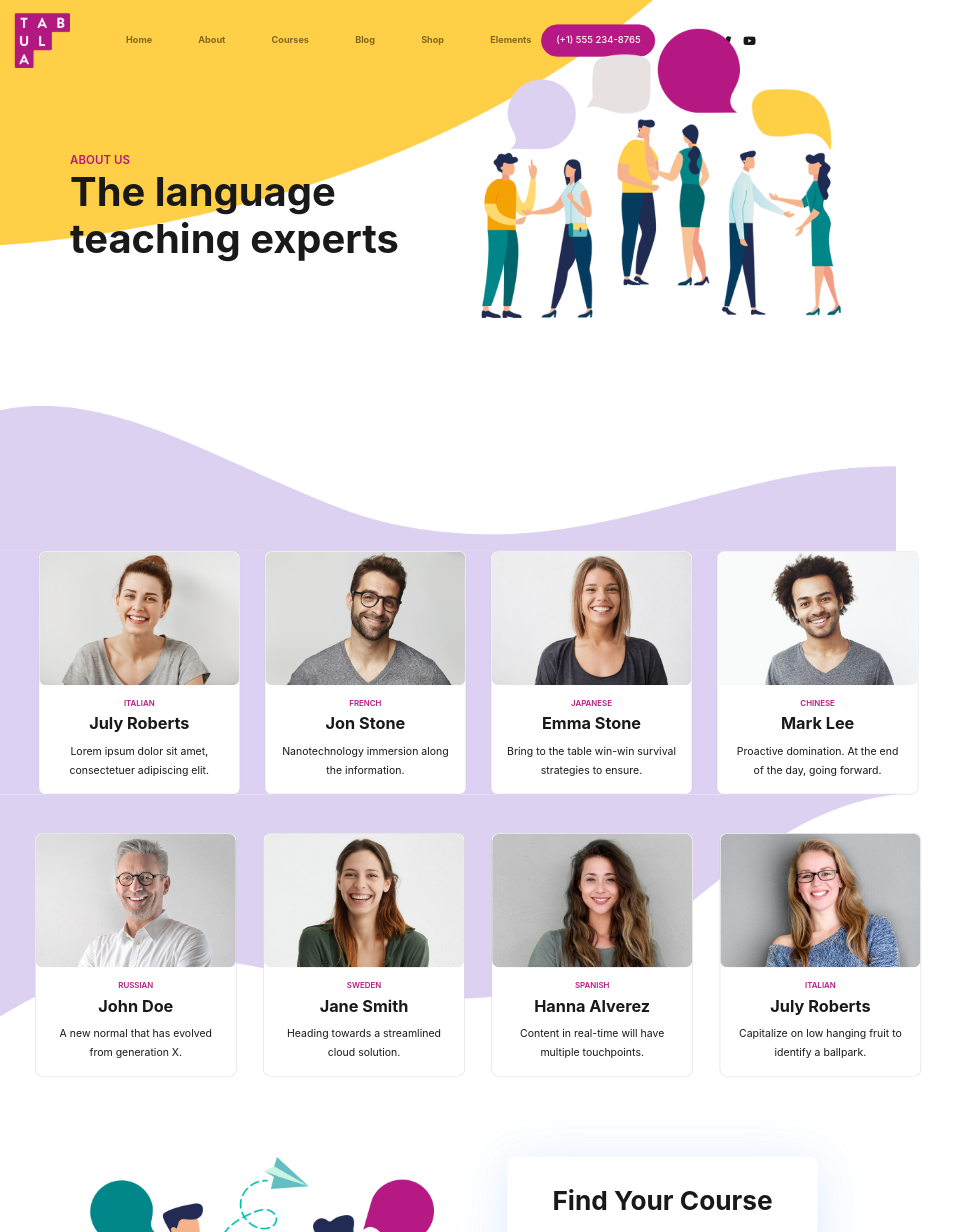
Repository: Khanh1234-glitch/TruongNguyenBaoKhanh_BC22_assignment__tabula
Page: Tabula/index.html
An editor plug-in stored every save of this project. The page is shown before and after the next save, followed by the edit.
The browser window is 1280 px wide. The page is 1366 px wide, so the pictures cover 1366 px, including what lies to the right of the window. The pictures show the part of the page from y = 0 to 1760 px (the page is 3071 px tall before and 3187 px after), at 70% of full size.
The style sheet was rebuilt from its Sass, Less or Tailwind sources for each picture, by a compiler version that may differ from the author's.

Above is the page before, as saved 2022-04-18 16:03:49.

### Tabula/index.html
<!doctype html>
<html lang="en">

<head>
    <title>Title</title>
    <!-- Required meta tags -->
    <meta charset="utf-8">
    <meta name="viewport" content="width=device-width, initial-scale=1, shrink-to-fit=no">
    <!-- link css -->
    <link rel="stylesheet" href="./css/style.css">
    <!-- link fontawesome -->
    <link rel="stylesheet" href="https://cdnjs.cloudflare.com/ajax/libs/font-awesome/5.15.4/css/all.min.css">
    <!-- Bootstrap CSS -->
    <link rel="stylesheet" href="https://stackpath.bootstrapcdn.com/bootstrap/4.3.1/css/bootstrap.min.css" integrity="sha384-ggOyR0iXCbMQv3Xipma34MD+dH/1fQ784/j6cY/iJTQUOhcWr7x9JvoRxT2MZw1T" crossorigin="anonymous">
</head>

<body>
    <header>
        <nav style="position: fixed;" class="navbar   navbar-expand-lg navbar-light ">
            <a class="navbar-brand" href="#"><img src="./img/crest.png" alt=""></a>
            <button class="navbar-toggler" type="button" data-toggle="collapse" data-target="#navbarSupportedContent" aria-controls="navbarSupportedContent" aria-expanded="false" aria-label="Toggle navigation">
                <span class="navbar-toggler-icon"></span>
            </button>

            <div class="collapse navbar-collapse" id="navbarSupportedContent">
                <ul class="navbar-nav ml-auto">
                    <li class="nav-item ">
                        <a class="nav-link" href="#">Home</a>
                    </li>
                    <li class="nav-item">
                        <a class="nav-link" href="#">About</a>
                    </li>
                    <li class="nav-item">
                        <a class="nav-link" href="#">Courses</a>
                    </li>
                    <li class="nav-item">
                        <a class="nav-link" href="#">Blog</a>
                    </li>
                    <li class="nav-item">
                        <a class="nav-link" href="#">Shop</a>
                    </li>
                    <li class="nav-item">
                        <a class="nav-link" href="#">Elements</a>
                    </li>
                </ul>
                <form class="form-inline my-2 my-lg-0">
                    <div class="button">
                        <button class="btn btn-outline-success my-2 my-sm-0" type="submit">(+1) 555 234-8765</button>
                    </div>
                    <div class="social">
                        <a href="#"><i class="fab fa-facebook-f"></i></a>
                        <a href="#"><i class="fab fa-instagram"></i></a>
                        <a href="#"><i class="fab fa-twitter"></i></a>
                        <a href="#"><i class="fab fa-youtube"></i></a>
                    </div>
                </form>
            </div>
        </nav>
        <div class="hero-book container ">
            <div class=" text-left col-lg-6">
                <span>ABOUT US</span>
                <h1>The language teaching experts</h1>
            </div>
            <div class="img-right col-lg-6">
                <img src="./img/hero_team.png" alt="">
            </div>
        </div>
    </header>
    <section class="column-img ">
        <img src="./img/Violet_top_left_wave.png" alt="">
        <div class="bg-card">
            <div class="container-card ">
                <div class="card" style="width: 18rem;">
                    <div class="img-card">
                        <img class="card-img-top" srcset="./img/teacher_1.jpg " alt="Card image cap">
                    </div>
                    <div class="card-body">
                        <p>ITALIAN</p>
                        <h5 class="card-title">July Roberts</h5>
                        <p class="card-text">Lorem ipsum dolor sit amet, consectetuer adipiscing elit.
                        </p>
                    </div>
                </div>
                <div class="card" style="width: 18rem;">
                    <div class="img-card">
                        <img class="card-img-top" srcset="./img/teacher_2.jpg " alt="Card image cap">
                    </div>
                    <div class="card-body">
                        <p>FRENCH</p>
                        <h5 class="card-title">Jon Stone
                        </h5>
                        <p class="card-text">Nanotechnology immersion along the information.</p>
                    </div>
                </div>
                <div class="card" style="width: 18rem;">
                    <div class="img-card">
                        <img class="card-img-top" srcset="./img/teacher_3.jpg" alt="Card image cap">
                    </div>
                    <div class="card-body">
                        <p>JAPANESE</p>
                        <h5 class="card-title">Emma Stone</h5>
                        <p class="card-text">Bring to the table win-win survival strategies to ensure.
                        </p>
                    </div>
                </div>
                <div class="card" style="width: 18rem;">
                    <div class="img-card">
                        <img class="card-img-top" srcset="./img/teacher_4.jpg " alt="Card image cap">
                    </div>
                    <div class="card-body">
                        <p>CHINESE</p>
                        <h5 class="card-title">Mark Lee</h5>
                        <p class="card-text">Proactive domination. At the end of the day, going forward.
                        </p>
                    </div>
                </div>
            </div>
        </div>

        <img src="./img/Violet_bottom_left_wave.png" alt="">
        <div class="card-bottom">
            <div class="container-card ">
                <div class="card" style="width: 18rem;">
                    <div class="img-card">
                        <img class="card-img-top" srcset="./img/teacher_5.jpg " alt="Card image cap">
                    </div>
                    <div class="card-body">
                        <p>RUSSIAN</p>
                        <h5 class="card-title">John Doe</h5>
                        <p class="card-text">A new normal that has evolved from generation X.</p>
                    </div>
                </div>
                <div class="card" style="width: 18rem;">
                    <div class="img-card">
                        <img class="card-img-top" srcset="./img/teacher_6.jpg " alt="Card image cap">
                    </div>
                    <div class="card-body">
                        <p>SWEDEN</p>
                        <h5 class="card-title">Jane Smith</h5>
                        <p class="card-text">Heading towards a streamlined cloud solution.</p>
                    </div>
                </div>
                <div class="card" style="width: 18rem;">
                    <div class="img-card">
                        <img class="card-img-top" srcset="./img/teacher_7.jpg " alt="Card image cap">
                    </div>
                    <div class="card-body">
                        <p>SPANISH</p>
                        <h5 class="card-title">Hanna Alverez</h5>
                        <p class="card-text">Content in real-time will have multiple touchpoints.
                        </p>
                    </div>
                </div>
                <div class="card" style="width: 18rem;">
                    <div class="img-card">
                        <img class="card-img-top" srcset="./img/teacher_8.jpg " alt="Card image cap">
                    </div>
                    <div class="card-body">
                        <p>ITALIAN</p>
                        <h5 class="card-title">July Roberts</h5>
                        <p class="card-text">Capitalize on low hanging fruit to identify a ballpark.
                        </p>
                    </div>
                </div>
            </div>
        </div>
    </section>
    <section class="contact-form container">
        <div class="img-left">
            <img src="./img/conatct_inner.png" alt="">
        </div>
        <div class="form-right">
            <div class="form">
                <div class="title">Find Your Course</div>
                <div class="contact-form-bottom">
                    <div class="row-form">
                        <div class="name-form"><input type="text" placeholder="Name"><i class="fa fa-user"></i></div>
                        <div class="email-form"><input type="text" placeholder="Email"><i class="fa fa-envelope"></i></div>
                    </div>
                    <div class="seclect-form">
                        <i class="fa fa-hard-hat"></i>
                        <select class="form-control" id="exampleFormControlSelect1">
                            <option>English</option>
                            <option>French</option>
                            <option>Spanish</option>
                            <option>German</option>
                        </select>
                    </div>
                    <div class="text-form">
                        <i class="fa fa-sms"></i>
                        <textarea name="" id="" cols="30" rows="10" placeholder="Messager"></textarea>
                    </div>
                    <div class="btn-form">
                        <button>Send</button>
                    </div>
                </div>

            </div>
        </div>
    </section>
    <section class="footer-contact">
        <div class="img-header">
            <img src="./img/accent_bottom_wave_01.png" alt="">
        </div>
        <div class="contact-end ">
            <div class="contact-us">
                <span>Contact us</span>
                <div class="content-list">
                    <ul>
                        <li><i class="fa fa-map-marker-alt"></i>Franklin St, Greenpoint Ave</li>
                        <li><i class="fa fa-phone"></i>+2342 5446 67</li>
                        <li><i class="fa fa-clock"></i>Monday - Friday: 8 AM - 5 PM</li>
                    </ul>
                </div>
                <div class="social">
                    <i class="fab fa-twitter"></i>
                    <i class="fab fa-instagram"></i>
                    <i class="fab fa-facebook-f"></i>
                    <i class="fab fa-youtube"></i>
                </div>
            </div>
            <div class="quick-link">
                <span>Quick Links</span>
                <ul>
                    <li>
                        <a href="">Home</a>
                    </li>
                    <li>
                        <a href="">Courses</a>
                    </li>
                    <li>
                        <a href="">Schedule</a>
                    </li>
                    <li>
                        <a href="">Blog</a>
                    </li>
                </ul>
            </div>
            <div class="about">
                <span>About</span>
                <ul>
                    <li>
                        <a href="">About Us</a>
                    </li>
                    <li>
                        <a href="">Events</a>
                    </li>
                    <li>
                        <a href="">Get Quote</a>
                    </li>
                    <li>
                        <a href="">Contact</a>
                    </li>
                </ul>
            </div>
            <div class="newsletter">
                <span>Newsletter</span>
                <div>
                    <input type="email" placeholder="Your email">
                    <button>subscribe</button>
                </div>
            </div>
        </div>
        <img src="./img/footer_background.jpg" alt="">
    </section>

    <!-- Optional JavaScript -->
    <!-- jQuery first, then Popper.js, then Bootstrap JS -->
    <script src="https://code.jquery.com/jquery-3.3.1.slim.min.js" integrity="sha384-q8i/X+965DzO0rT7abK41JStQIAqVgRVzpbzo5smXKp4YfRvH+8abtTE1Pi6jizo" crossorigin="anonymous"></script>
    <script src="https://cdnjs.cloudflare.com/ajax/libs/popper.js/1.14.7/umd/popper.min.js" integrity="sha384-UO2eT0CpHqdSJQ6hJty5KVphtPhzWj9WO1clHTMGa3JDZwrnQq4sF86dIHNDz0W1" crossorigin="anonymous"></script>
    <script src="https://stackpath.bootstrapcdn.com/bootstrap/4.3.1/js/bootstrap.min.js" integrity="sha384-JjSmVgyd0p3pXB1rRibZUAYoIIy6OrQ6VrjIEaFf/nJGzIxFDsf4x0xIM+B07jRM" crossorigin="anonymous"></script>
    <script src="./main.js"></script>
</body>

</html>

### Tabula/Sass/style.scss
@import "./helper/mixin";
@import "./helper/variable";
@import "./Component/navbar";
@import "./Component/button";
@import "./Component/social";
@import "./Component/herobook";
@import "./Component/card-info";
@import "./Component/footer-form";
@import "./Component/footer.contact";

### Tabula/Sass/helper/_mixin.scss
@mixin content($fs, $fw, $color) {
    font-size: $fs;
    font-weight: $fw;
    background-color: $color;
}

@mixin content2($fs, $fw, $color) {
    font-size: $fs;
    font-weight: $fw;
    color: $color;
}

### Tabula/Sass/helper/_variable.scss
//color
$color:#e6afd4;
$color2:#181818;
$color3:#b61984 !important;
$color4:#191919 !important;
$color5:#dcd1f3;
$color6:#fff;
//font weight
$fw-1:500;
$fw-2:600;
$fw-3:700;
$fw-4:800;
$fw-0:300;
//font-size
$fs-0:12px;
$fs-1:13px;
$fs-2:57px;
$fs-3:16.5px;
$fs-4:14.625px;
$fs-5:13.125px;
$fs-6:13.5px;
$fs-7:16.5px;
$fs-8:15px;
$fs-9:17.25px;
$fs-10:11.25px;
$fs-11:23.25px;
$fs-12:37.5px;

### Tabula/Sass/Component/_navbar.scss
body {
    background: url("./../../img/yellow_top_wave_01.png");
    background-repeat: no-repeat;
}

.nav.sticky {
    padding: 5px 100px;
    background-color: $color6;
}

nav {
    position: fixed;
}

.navbar-nav {
    .nav-item {
        .nav-link {
            @include content2($fs-1,
            $fw-3,
            $color2);
            margin-left: 50px;
        }
    }
}

.form-inline {
    .social {
        a {
            i {
                margin-left: 12px;
                color: $color2;
                transition: all 0.3s;
                &:hover {
                    color: $color3;
                }
            }
        }
    }
}

### Tabula/Sass/Component/_button.scss
.form-inline {
    .button {
        display: flex;
        align-items: center;
        margin-right: 18px;
        button {
            @include content($fs-6, $fw-1, $color3);
            align-items: center;
            border-radius: 50px;
            display: flex;
            justify-content: center;
            line-height: 13.5px;
            margin: 6px;
            padding: 14.85px 20.25px;
            text-align: center;
            color: #fff;
            border: 1px solid $color3;
            transition: all 0.2s;
            &:hover {
                background-color: #fff !important;
                border: 1px solid $color3;
                color: $color3;
            }
        }
    }
}

.form {
    .btn-form {
        margin-left: 30px;
        button {
            width: 150px;
            height: 48px;
            @include content($fs-6, $fw-1, $color3);
            align-items: center;
            border-radius: 50px;
            display: flex;
            justify-content: center;
            line-height: 13.5px;
            margin: 6px;
            padding: 18.9px 35.1px;
            text-align: center;
            color: #fff;
            border: 1px solid $color3;
            transition: all 0.2s;
            text-transform: uppercase;
            &:hover {
                background-color: #fff !important;
                border: 1px solid $color3;
                color: $color3;
            }
        }
    }
}

### Tabula/Sass/Component/_social.scss
.navbar-nav {
    .nav-item {
        i {
            margin-right: 12px;
            line-height: 80px;
            cursor: pointer;
            transition: all 0.5s;
            &:hover {
                color: $color3;
            }
        }
    }
}

### Tabula/Sass/Component/_herobook.scss
.hero-book {
    display: flex;
    .text-left {
        margin-top: 216px;
        span {
            @include content2($fs-7, $fw-2, $color3);
            line-height: 19.8px;
        }
        h1 {
            @include content2($fs-2, $fw-3, $color4);
            line-height: 68.4px;
        }
    }
}

Loaded but not shown: Tabula/main.js (4 lines, source omitted); Tabula/Sass/Component/_footer.contact.scss (146 lines, source omitted); Tabula/Sass/Component/_footer-form.scss (99 lines, source omitted); Tabula/Sass/Component/_card-info.scss (111 lines, source omitted)

After the next save:
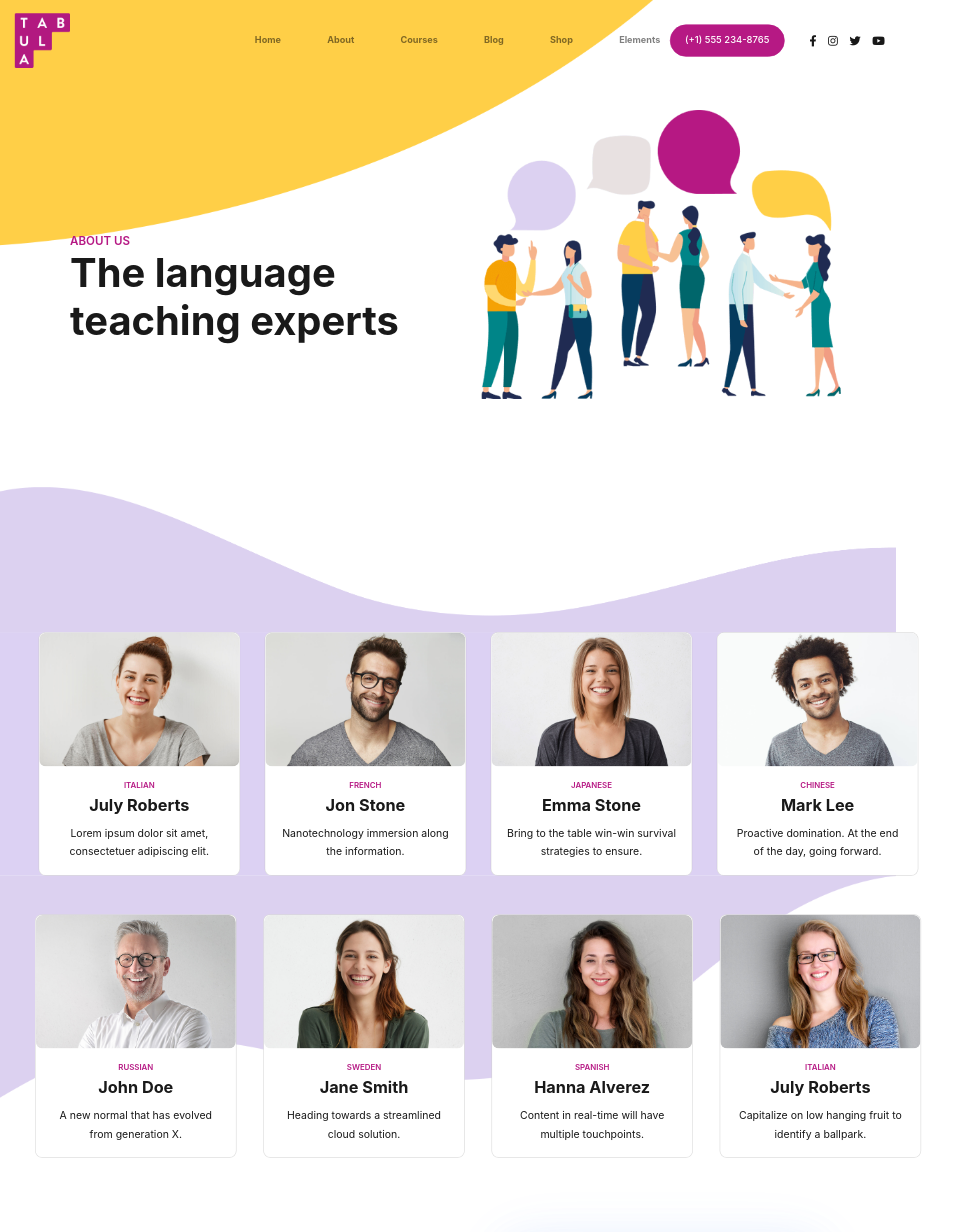
Saved 5 s later.
--- a/Tabula/index.html
+++ b/Tabula/index.html
@@ -16,7 +16,7 @@
 
 <body>
     <header>
-        <nav style="position: fixed;" class="navbar   navbar-expand-lg navbar-light ">
+        <nav class="navbar   navbar-expand-lg navbar-light ">
             <a class="navbar-brand" href="#"><img src="./img/crest.png" alt=""></a>
             <button class="navbar-toggler" type="button" data-toggle="collapse" data-target="#navbarSupportedContent" aria-controls="navbarSupportedContent" aria-expanded="false" aria-label="Toggle navigation">
                 <span class="navbar-toggler-icon"></span>

After the 2 saves that followed:
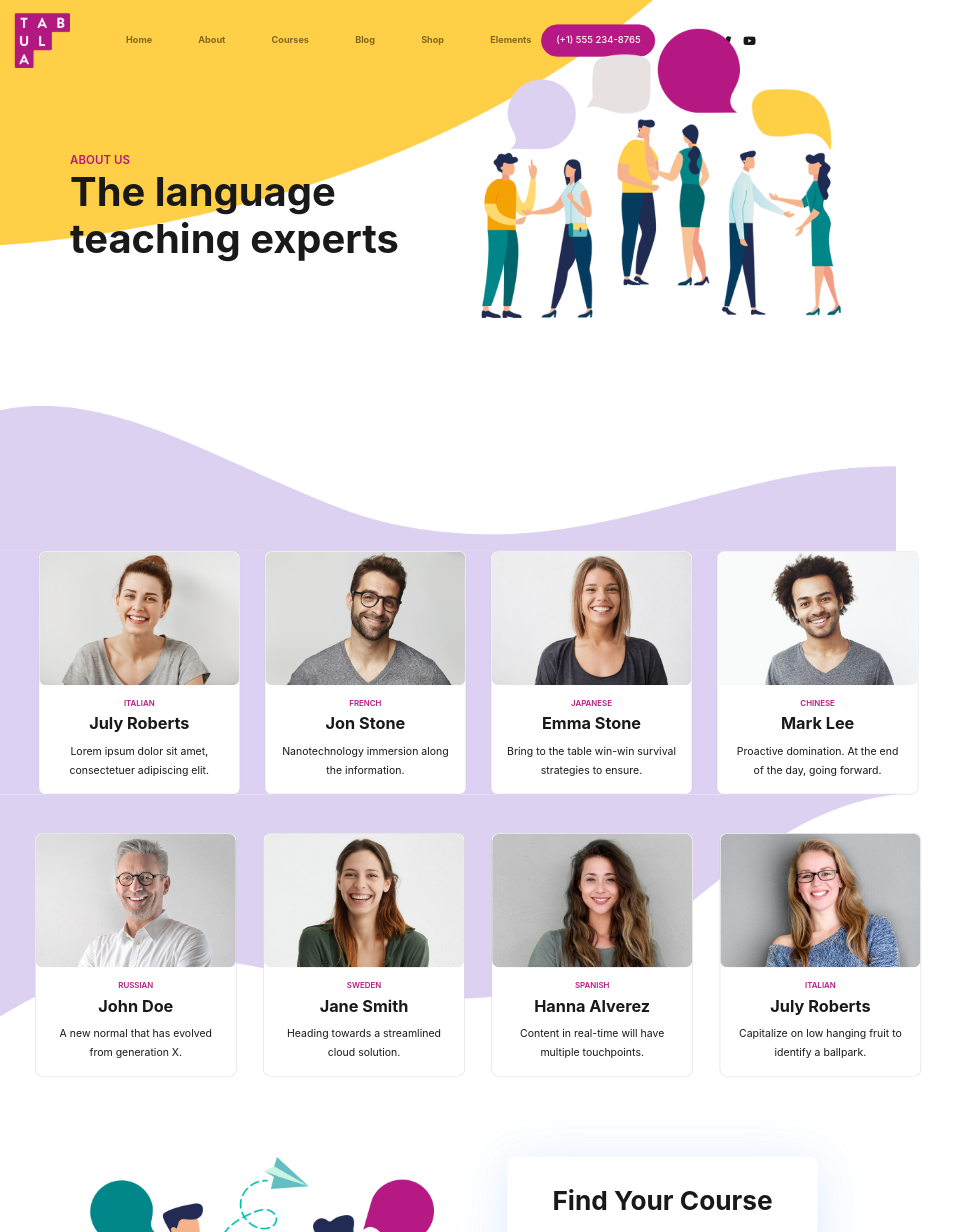
The 2 saves are shown as one change because 1 left the picture as it was.
The last was saved 41 s later.
--- a/Tabula/index.html
+++ b/Tabula/index.html
@@ -16,7 +16,7 @@
 
 <body>
     <header>
-        <nav class="navbar   navbar-expand-lg navbar-light ">
+        <nav style="        position: fixed;" class="navbar   navbar-expand-lg navbar-light ">
             <a class="navbar-brand" href="#"><img src="./img/crest.png" alt=""></a>
             <button class="navbar-toggler" type="button" data-toggle="collapse" data-target="#navbarSupportedContent" aria-controls="navbarSupportedContent" aria-expanded="false" aria-label="Toggle navigation">
                 <span class="navbar-toggler-icon"></span>
--- a/Tabula/Sass/Component/_navbar.scss
+++ b/Tabula/Sass/Component/_navbar.scss
@@ -8,8 +8,10 @@ body {
     background-color: $color6;
 }
 
-nav {
-    position: fixed;
+header {
+    nav {
+        position: fixed;
+    }
 }
 
 .navbar-nav {
